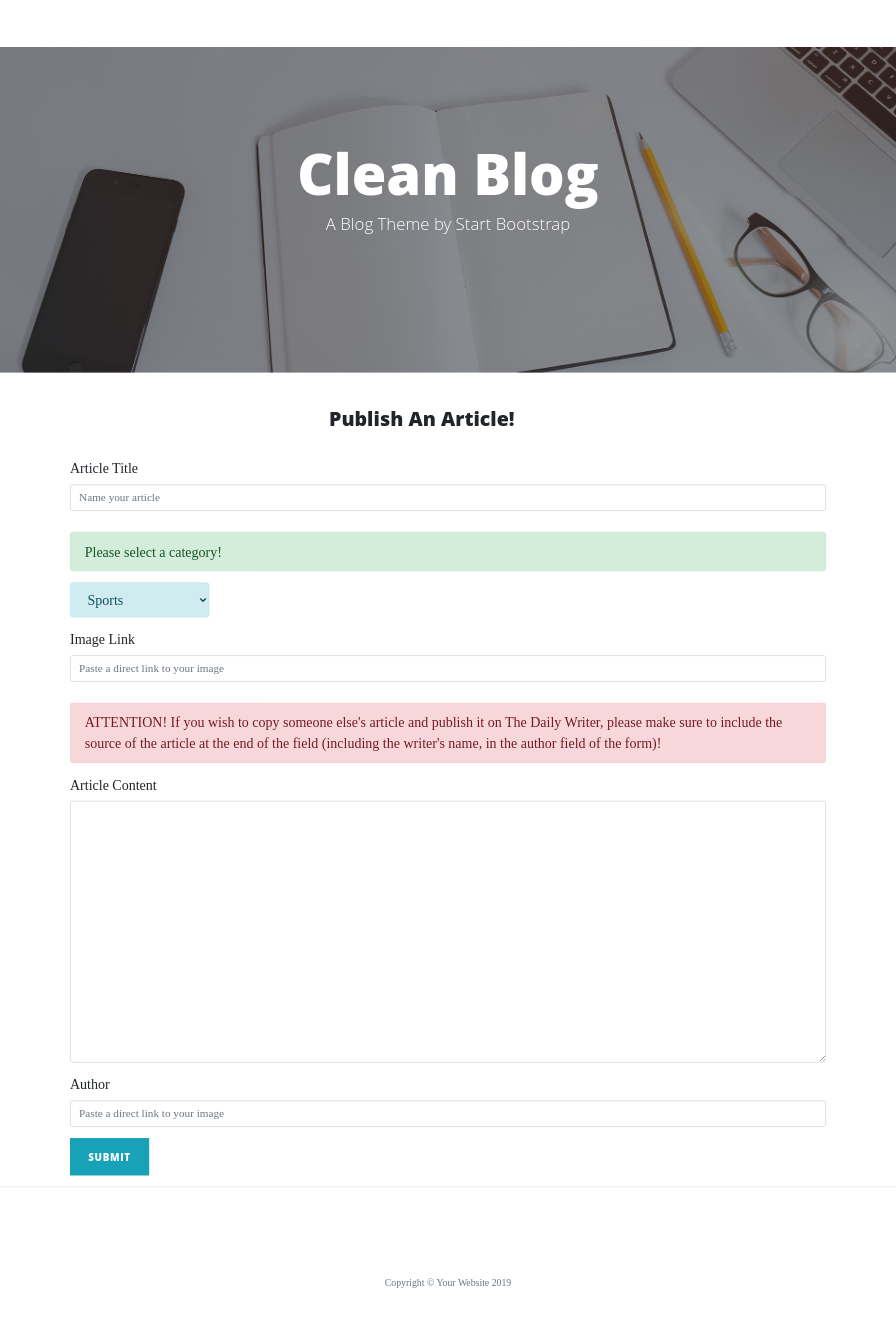
Repository: Vesss/Blog-Project
Page: http://localhost/post
The author's editor kept a record of every edit. The page is drawn from the files as they stood at one moment, then again after the next edit.
The browser window is 1280 px wide. The pictures show the whole page, at 70% of full size.
The page is served by the project's application, run on Flask 3 (app.py).

Above is the page before.

After the next edit:
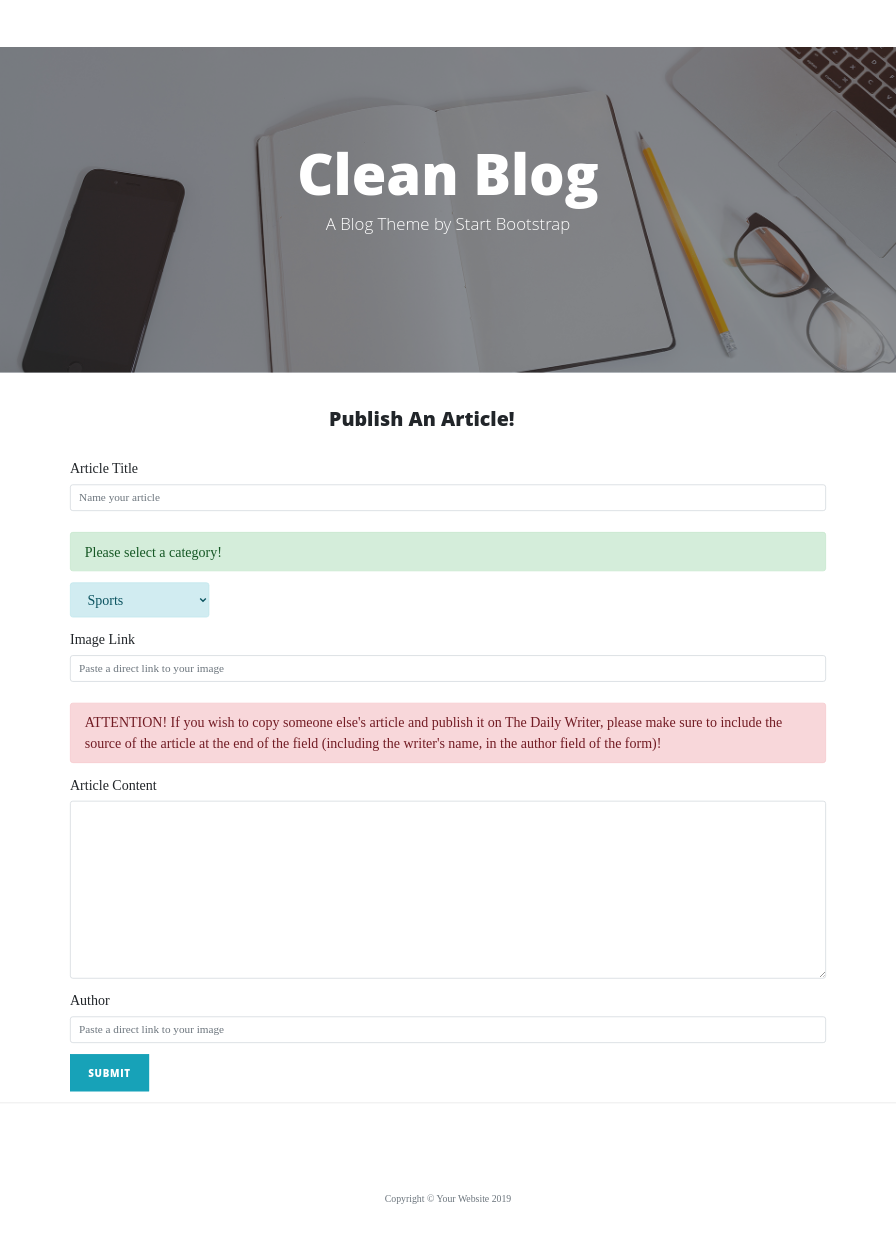
The edit:
--- a/templates/post.html
+++ b/templates/post.html
@@ -36,7 +36,7 @@
 
             <div class="form-group">
                 <label for="exampleFormControlTextarea1">Article Content</label>
-                <textarea class="form-control" id="exampleFormControlTextarea1" rows="15" name="content" required></textarea>
+                <textarea class="form-control" id="exampleFormControlTextarea1" rows="10" name="content" required></textarea>
             </div>
             <div class="form-group">
                 <label for="image">Author</label>
